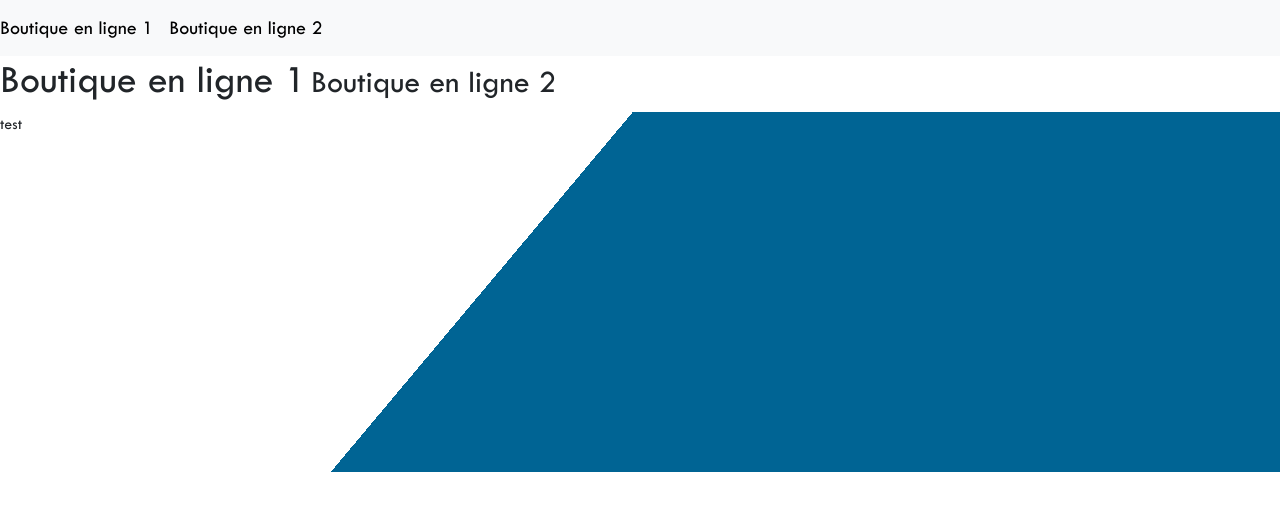
Repository: padevft/e-commerce-php
Page: http://localhost/index.html
These files come from the project's save history. The page is drawn as it stood at one moment and after the next save; the edit follows.
The browser window is 1280 px wide. The pictures show the whole page.
The page is run by PHP 8.4 with error messages shown; the project is at /var/www/html/.

Above is the page before, as saved 2023-09-17 16:22:48.

### index.html
<!DOCTYPE html>
<html lang="en">
  <head>
    <meta charset="UTF-8" />
    <meta name="viewport" content="width=device-width, initial-scale=1.0" />
    <title>Boutique en ligne</title>

    <link rel="stylesheet" href="client/css/styles.css">
    <link rel="stylesheet" href="client/utilitaires/bootstrap/css/bootstrap.min.css">
    <link rel="stylesheet" href="client/utilitaires/font-awesome-4.7.0/css/font-awesome.min.css">

  </head>
  <body>
    <header>
      <nav class="navbar navbar-expand-lg navbar-light bg-light">
        <a class="navbar-brand" href="#">Boutique en ligne 1</a>
        <a class="navbar-brand" href="#">Boutique en ligne 2</a>
      </nav>
    </header>
    <h1>Boutique en ligne 1</h1>
    <h2>Boutique en ligne 2</h2>
    <div class="main">
      test
    </div>



    <script src="client/utilitaires/Jquery/jquery-3.6.0.min.js"></script>
    <script src="client/utilitaires/bootstrap/js/bootstrap.min.js"></script>
  </body>
</html>

### client/css/styles.css
/* var text-decoration */
@font-face {
  font-family: myfont;
  src: url(../utilitaires/fonts/ufonts.com_tw-cen-mt.ttf);
}

* {
  transition: all 0.6s ease;
}

body {
  font-family: myfont !important;
}
h1 {
  display: inline-flex;
  position: relative;
  cursor: pointer;
}

h1:hover {
  color: brown;
}

h1::before {
  content: "";
  position: absolute;
  bottom: 0;
  right: 0;
  width: 100%;
  height: 2.5px;
  background-color: brown;
  transform-origin: left;
  transform: scaleX(0);
  transition: transform 0.4s ease-out;
}

h1:hover::before {
  transform: scaleX(
    1
  );
}
h2 {
  display: inline-flex;
  position: relative;
  cursor: pointer;
}

h2:hover{
  color:#f9bf29;
}
h2::before {
  content: "";
  position: absolute;
  bottom: 0;
  left:0;
  background: #f9bf29;
  height: 2.5px;
  opacity: 1;
  visibility: visible;
  width: 0;
  -webkit-transition: 0.4s all ease-out;
  -o-transition: 0.4s all ease-out;
  transition: 0.4s all ease-out;
}
h2:hover:before {
  width: calc(100% - 0px);
}

.main{
  display: flex;
  position: relative;
  flex-direction: column;
  height: 50vh;
  width: 100%;
  float: right;
  background-image: linear-gradient(130deg, #ffffff 40%, #006494 40%);

}

Loaded but not shown: client/utilitaires/bootstrap/css/bootstrap.min.css (library); client/utilitaires/font-awesome-4.7.0/css/font-awesome.min.css (library); client/utilitaires/Jquery/jquery-3.6.0.min.js (library); client/utilitaires/bootstrap/js/bootstrap.min.js (library)

After the next save:
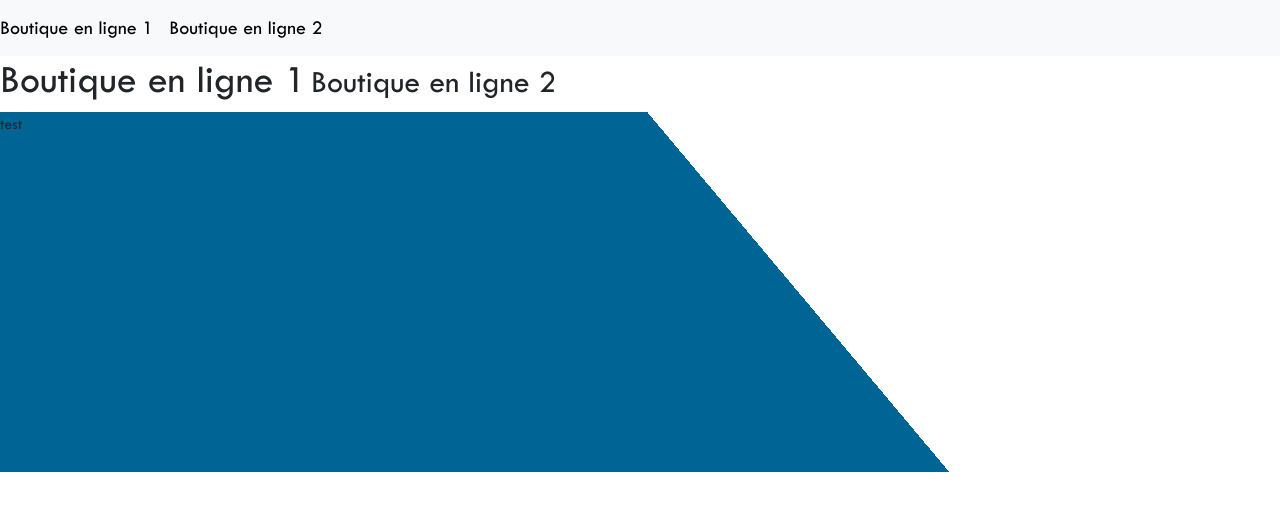
Saved 15 s later.
--- a/client/css/styles.css
+++ b/client/css/styles.css
@@ -73,6 +73,6 @@
   height: 50vh;
   width: 100%;
   float: right;
-  background-image: linear-gradient(130deg, #ffffff 40%, #006494 40%);
+  background-image: linear-gradient(-130deg, #ffffff 40%, #006494 40%);
 
 }

After the save that followed:
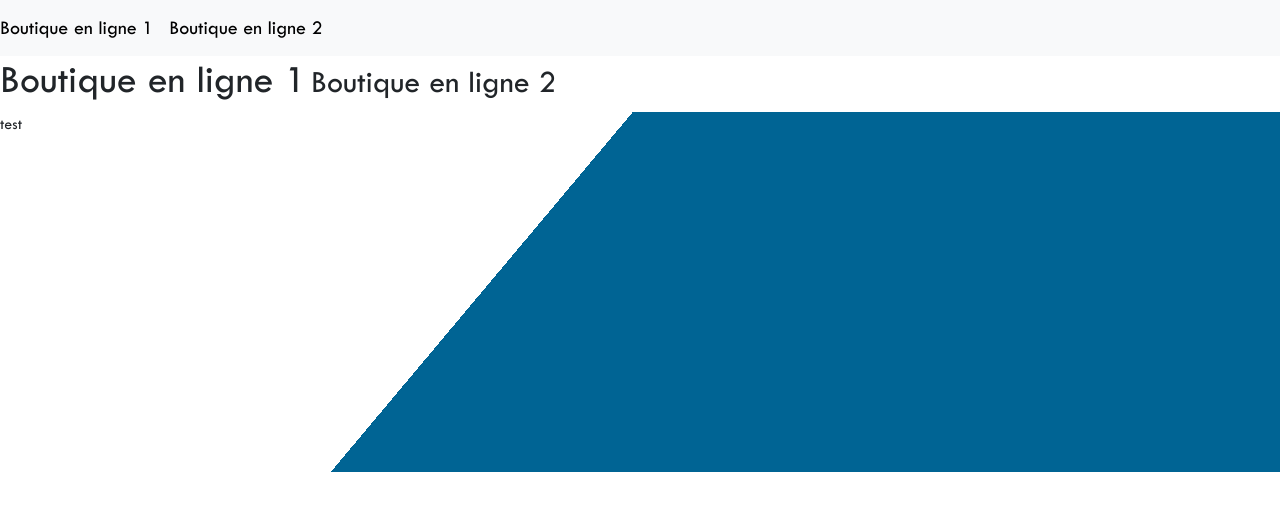
Saved 10 s later.
--- a/client/css/styles.css
+++ b/client/css/styles.css
@@ -73,6 +73,6 @@
   height: 50vh;
   width: 100%;
   float: right;
-  background-image: linear-gradient(-130deg, #ffffff 40%, #006494 40%);
+  background-image: linear-gradient(130deg, #ffffff 40%, #006494 40%);
 
 }
